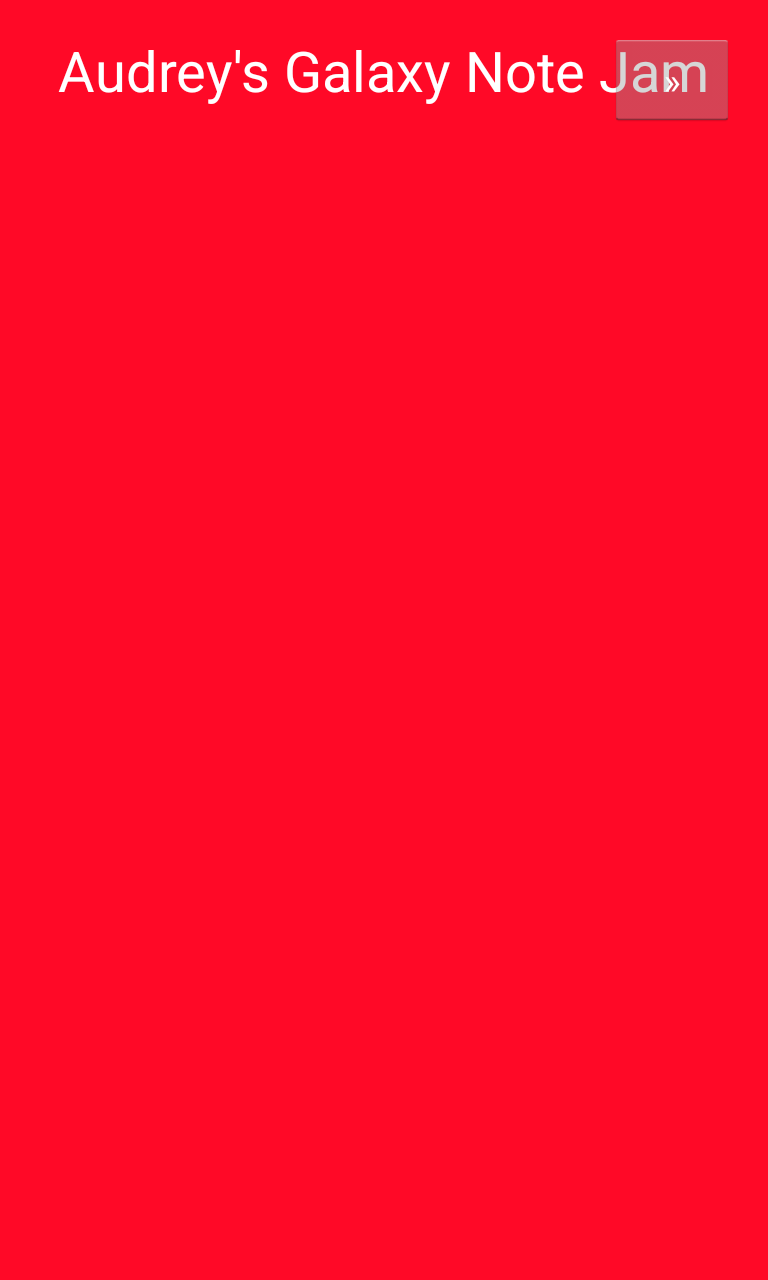
Repository: JayThomason/Tutti
Layout: tuttiUI/tuttiUI/res/layout/activity_view_jam.xml
These files come from the project's save history. The layout is drawn as it stood at one moment and after the next save; the edit follows.
It is drawn on a 768 x 1280 px phone screen (xhdpi) without system bars, with theme AppTheme; the app's code is not run. Lists and similar views that code fills are empty.

Above is the layout before, as saved 2014-03-09 08:52:40.

### tuttiUI/tuttiUI/res/layout/activity_view_jam.xml
<RelativeLayout xmlns:android="http://schemas.android.com/apk/res/android"
    xmlns:tools="http://schemas.android.com/tools"
    android:layout_width="match_parent"
    android:layout_height="match_parent"
    android:paddingBottom="@dimen/activity_vertical_margin"
    android:paddingLeft="@dimen/activity_horizontal_margin"
    android:paddingRight="@dimen/activity_horizontal_margin"
    android:paddingTop="@dimen/activity_vertical_margin"
    android:background="#FF0927"
    tools:context=".ViewJamActivity" >

    <TextView
        android:id="@+id/textView3"
        android:layout_width="wrap_content"
        android:layout_height="wrap_content"
        android:layout_centerHorizontal="true"
        android:text="@string/audrey_jam"
        android:textColor="#ffffff"
        android:textSize="28sp" />

    <ListView
        android:id="@+id/listView3"
        android:layout_width="match_parent"
        android:layout_height="wrap_content"
        android:layout_below="@+id/textView3"
        android:textColor="#ffffff"
        android:layout_centerHorizontal="true" >

    </ListView>

        <Button
        android:id="@+id/button1"
        android:layout_width="wrap_content"
        android:layout_height="wrap_content"
        android:layout_alignBaseline="@+id/textView1"
        android:layout_alignBottom="@+id/textView1"
        android:layout_alignParentRight="true"
        android:textColor="#ffffff"
        android:text="»"
        android:onClick="newJam"/>

    <Button
        android:id="@+id/secretButton"
        style="?android:attr/buttonStyleSmall"
        android:layout_width="wrap_content"
        android:layout_height="wrap_content"
        android:layout_alignParentBottom="true"
        android:layout_alignRight="@+id/listView3"
        android:layout_marginRight="14dp"
        android:text=""
        android:background="#FF0927"
        android:onClick="popupJoinRequest"/>


</RelativeLayout>

### tuttiUI/tuttiUI/res/values/strings.xml
<?xml version="1.0" encoding="utf-8"?>
<resources>

    <string name="app_name">tuttiUI</string>
    <string name="action_settings">Settings</string>
    <string name="hello_world">Hello world!</string>
    <string name="tuttilogo">Tutti Logo</string>
    <string name="new_jam">New Jam</string>
    <string name="join_jam">Join Jam</string>
    <string name="settings">Settings</string>
    <string name="help">Help</string>
    <string name="tutti_logo">Tutti Logo</string>
    <string name="title_activity_new_jam">NewJamActivity</string>
    <string name="title_activity_join_jam">JoinJamActivity</string>
    <string name="nearby_jams">Nearby Jams</string>
    <string name="add_to_jam">Add Songs to Jam</string>
    <string name="title_activity_view_jam">ViewJamActivity</string>
    <string name="audrey_jam">Audrey\'s Galaxy Note Jam</string>

</resources>

Loaded but not shown: tuttiUI/tuttiUI/res/values/styles.xml (common file); tuttiUI/tuttiUI/res/values-v11/styles.xml (common file); tuttiUI/tuttiUI/res/values-v14/styles.xml (common file); tuttiUI/tuttiUI/res/values/dimens.xml (common file)

After the next save:
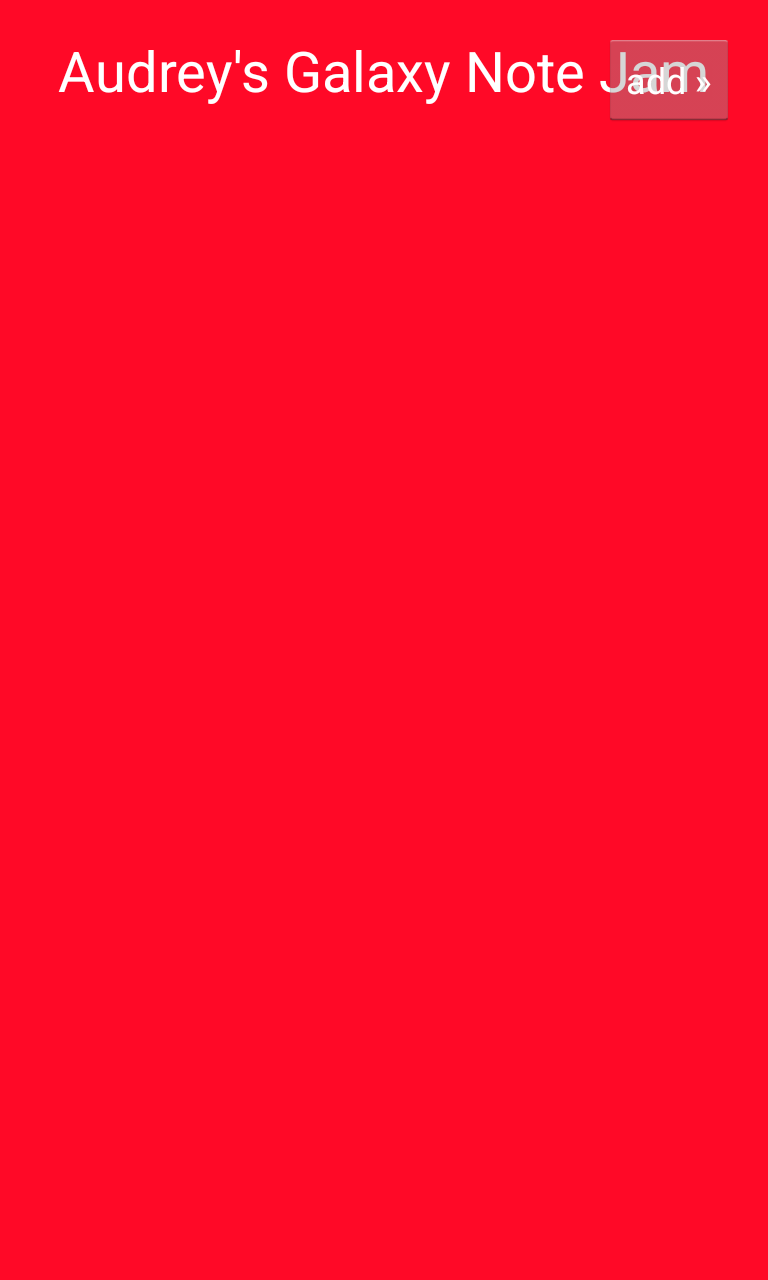
Saved 37 s later.
--- a/tuttiUI/tuttiUI/res/layout/activity_view_jam.xml
+++ b/tuttiUI/tuttiUI/res/layout/activity_view_jam.xml
@@ -36,7 +36,7 @@
         android:layout_alignBottom="@+id/textView1"
         android:layout_alignParentRight="true"
         android:textColor="#ffffff"
-        android:text="»"
+        android:text="add »"
         android:onClick="newJam"/>
 
     <Button
